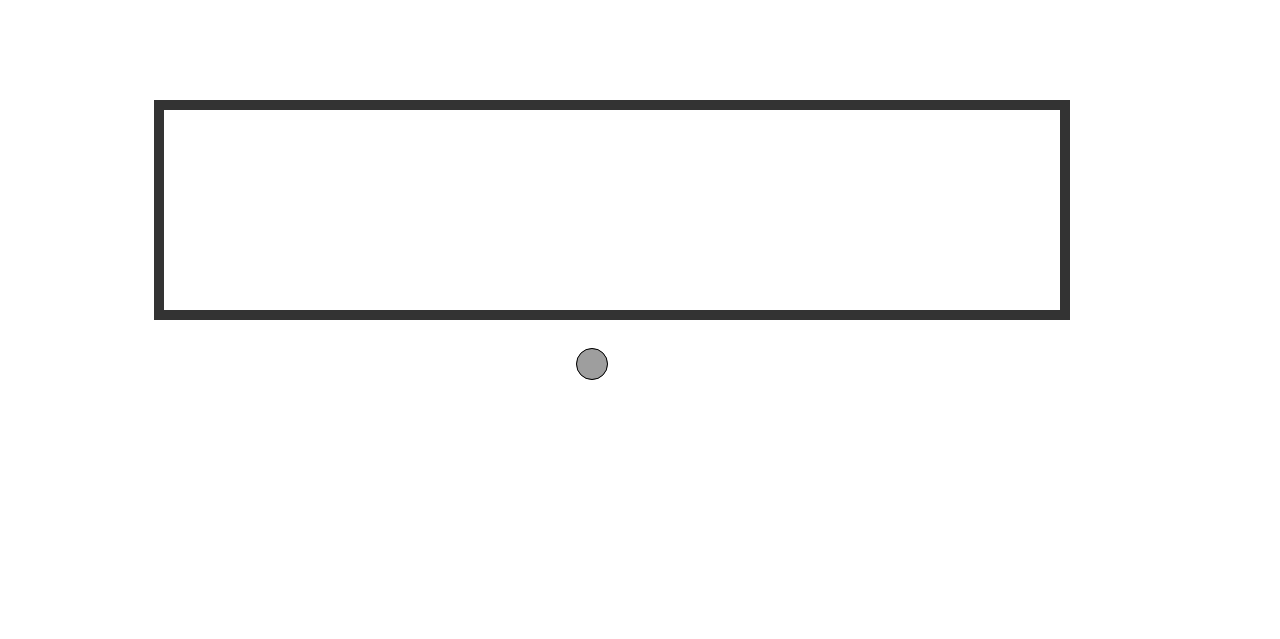
Repository: baierbao/coder
Page: TEST/muBan.html
An editor plug-in stored every save of this project. The page is shown before and after the next save, followed by the edit.
The browser window is 1280 px wide. The pictures show the whole page.
Pictures or frames that could not be fetched are drawn as grey boxes.

Above is the page before, as saved 2019-05-20 09:28:54.

### TEST/muBan.html
<!DOCTYPE html>
<html lang="en">
<head>
  <meta charset="UTF-8">
  <meta name="viewport" content="width=device-width, initial-scale=1.0">
  <meta http-equiv="X-UA-Compatible" content="ie=edge">
  <title>图片和×</title>
  <style>
      .mov{
        width: 100%;
        height: 100%;
        position: fixed;
        left: 0;
        top: 0;
        background: rgba(255,255,255,0.2);
        z-index: 100;
      }
      .modelMov{
          position:relative;
      }
      .topImg{
        width: 70%;
        height:200px;
        border:10px solid #333;
        margin-left: 12%;
        z-index: 200;
      }
      .bottomImg{
        width:30px;
        height: 30px;
        background: url(./image/closeType.png) no-repeat;
        background-size: cover;
        background-color: rgb(31, 23, 23);
        border-radius: 50%;
        border:1px solid #000;
        z-index: 200;
        position: absolute;
        left: 45%;
        margin-top: 28px;
      }
  </style>
</head>
<body>
  <div class="mov">
    <div class="div">
        <div class="topImg">
            <img src="" alt="">
          </div>
          <div class="bottomImg">
             <img src="" alt="">
          </div>
    </div>

  </div>

</body>
<script type="text/javascript">
        // var tap = document.getElementById("div")
         var tap=document.querySelectorAll(".div")[0]
        console.log(tap)
        tap.style.cssText="margin-top:100px"

</script>

</html>

After the next save:
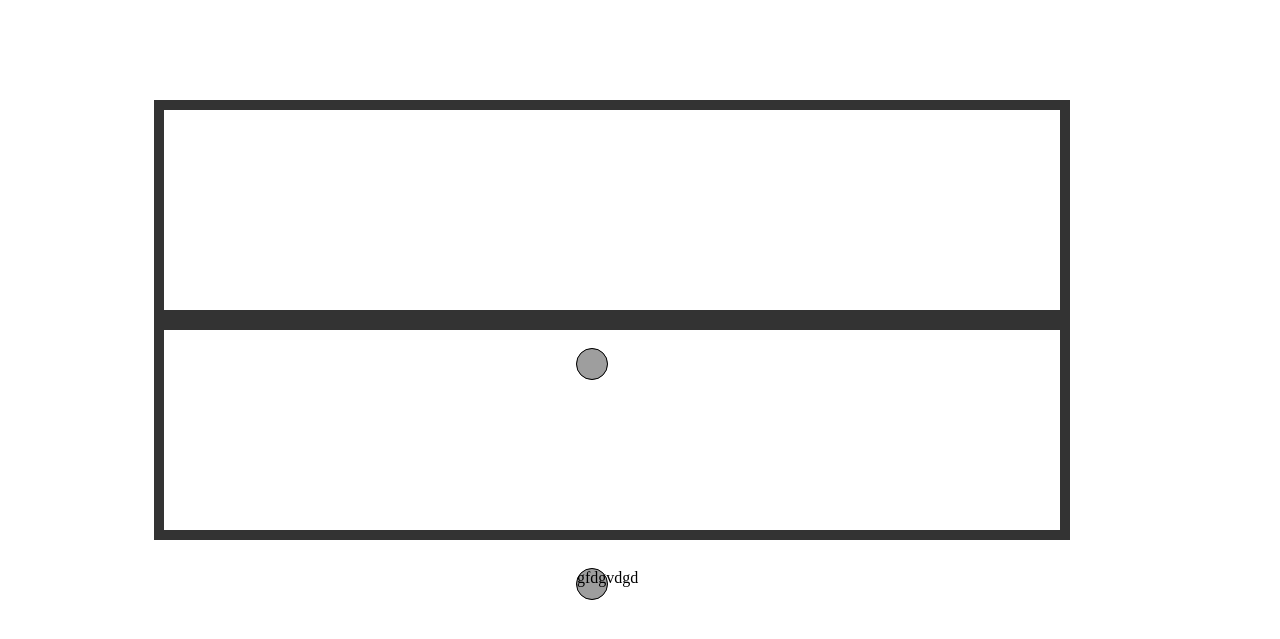
Saved 28 s later.
--- a/TEST/muBan.html
+++ b/TEST/muBan.html
@@ -50,6 +50,14 @@
              <img src="" alt="">
           </div>
     </div>
+    <div class="div">
+        <div class="topImg">
+            <img src="" alt="">
+          </div>
+          <div class="bottomImg">
+             gfdgvdgd
+          </div>
+    </div>
 
   </div>
 
